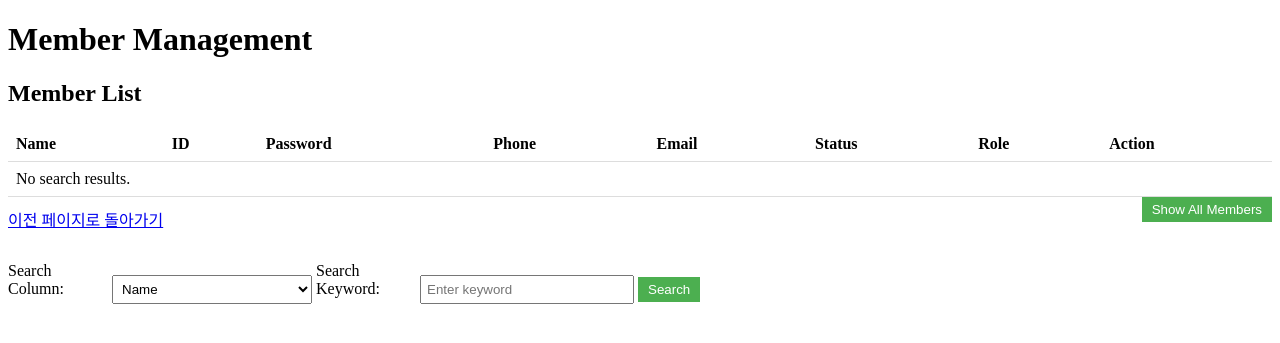
Repository: i-kemen/jsp
Page: http://localhost/WebTest/MemberManagementOKServlet
The author's editor kept a copy of each file at every save. The page is drawn from the files as they stood at one save, then again after the next save.
The browser window is 1280 px wide. The pictures show the whole page.
The page is served by Tomcat 10. Other server files are loaded and not shown.

Above is the page before, as saved 2023-06-27 04:11:01.

### WebTest/src/main/webapp/memberManagement.jsp
<%@ page language="java" contentType="text/html; charset=UTF-8" pageEncoding="UTF-8" %>
<%@ page import="java.util.List" %>
<%@ page import="com.member.MemberDTO" %>
<%@ page import="com.member.MemberDAO" %>
<!DOCTYPE html>
<html>
<head>
    <meta charset="UTF-8">
    <title>Member Management</title>
    <style>
        table {
            width: 100%;
            border-collapse: collapse;
        }

        th, td {
            padding: 8px;
            text-align: left;
            border-bottom: 1px solid #ddd;
        }

        tr:hover {
            background-color: #f5f5f5;
        }

        form {
            margin-bottom: 20px;
        }

        label {
            display: inline-block;
            width: 100px;
        }

        input[type="text"],
        input[type="password"],
        input[type="email"],
        select {
            margin-bottom: 10px;
            padding: 5px;
            width: 200px;
        }

        input[type="submit"] {
            padding: 5px 10px;
            background-color: #4CAF50;
            color: white;
            border: none;
            cursor: pointer;
        }

        input[type="submit"]:hover {
            background-color: #45a049;
        }

        /* 버튼 컨테이너 */
        .button-container {
            display: flex;
            justify-content: space-between;
            align-items: center;
            margin-bottom: 20px;
        }

        /* 버튼 스타일 */
        .button-container button {
            padding: 5px 10px;
            background-color: #4CAF50;
            color: white;
            border: none;
            cursor: pointer;
        }

        .button-container button:hover {
            background-color: #45a049;
        }
    </style>
</head>
<body>
    <h1>Member Management</h1>

    <h2>Member List</h2>

    <table>
        <tr>
            <th>Name</th>
            <th>ID</th>
            <th>Password</th>
            <th>Phone</th>
            <th>Email</th>
            <th>Status</th>
            <th>Role</th>
            <th>Action</th>
        </tr>
        <% List<MemberDTO> memberList = (List<MemberDTO>) request.getAttribute("memberList");
           if (memberList != null && !memberList.isEmpty()) {
               for (MemberDTO member : memberList) { %>
                   <tr>
                       <td><%= member.getName() %></td>
                       <td><%= member.getId() %></td>
                       <td><%= member.getPassword() %></td>
                       <td><%= maskPhoneNumber(member.getPhone()) %></td>
                       <td><%= member.getEmail() %></td>
                       <td><%= member.getMemberStatus() %></td>
                       <td><%= member.getMemberRole() %></td>
                       <td>
                           <form method="post" action="adminModify.jsp">
                               <input type="hidden" name="memberId" value="<%= member.getId() %>">
                               <button type="submit">Edit</button>
                           </form>
                       </td>
                   </tr>
               <% }
           } else { %>
               <tr>
                   <td colspan="8">No search results.</td>
               </tr>
           <% } %>
    </table>

    <!-- 버튼 컨테이너 -->
    <div class="button-container">
        <!-- 이전 페이지로 돌아가는 버튼 -->
        <a href="javascript:history.back()" class="back-button">이전 페이지로 돌아가기</a>

        <!-- Show All Members 버튼 -->
        <form method="post" action="MemberManagementOKServlet">
            <input type="hidden" name="action" value="allMembers">
            <button type="submit">Show All Members</button>
        </form>
    </div>

    <form method="post" action="MemberManagementOKServlet">
        <input type="hidden" name="action" value="search">
        <label for="searchColumn">Search Column:</label>
        <select name="searchColumn" id="searchColumn">
            <option value="name">Name</option>
            <option value="id">ID</option>
            <option value="password">Password</option>
            <option value="phone">Phone</option>
            <option value="email">Email</option>
            <option value="memberStatus">Status</option>
            <option value="memberRole">Role</option>
        </select>
        <label for="searchKeyword">Search Keyword:</label>
        <input type="text" name="searchKeyword" placeholder="Enter keyword">
        <input type="submit" value="Search">
    </form>

    <%!
        // 마스킹된 연락처를 반환하는 함수
        public String maskPhoneNumber(String phoneNumber) {
            if (phoneNumber != null && phoneNumber.startsWith("010-")) {
                return "010-XXXX-XXXX";
            }
            return phoneNumber;
        }
    %>
</body>
</html>

### WebTest/src/main/java/MemberManagementOKServlet.java
import java.io.IOException;
import java.util.List;
import com.member.MemberDAO;
import com.member.MemberDTO;
import jakarta.servlet.ServletException;
import jakarta.servlet.annotation.WebServlet;
import jakarta.servlet.http.HttpServlet;
import jakarta.servlet.http.HttpServletRequest;
import jakarta.servlet.http.HttpServletResponse;

@WebServlet("/MemberManagementOKServlet")
public class MemberManagementOKServlet extends HttpServlet {
    private static final long serialVersionUID = 1L;
    private MemberDAO memberDAO;

    public void init() {
        memberDAO = new MemberDAO();
    }

    protected void doGet(HttpServletRequest request, HttpServletResponse response)
            throws ServletException, IOException {
        doPost(request, response);
    }

    protected void doPost(HttpServletRequest request, HttpServletResponse response)
            throws ServletException, IOException {
        String action = request.getParameter("action");

        if (action != null && action.equals("search")) {
            String searchKeyword = request.getParameter("searchKeyword");
            String searchColumn = request.getParameter("searchColumn");
            List<MemberDTO> memberList;
            if (searchKeyword != null && !searchKeyword.isEmpty()) {
                memberList = memberDAO.searchMembers(searchColumn, searchKeyword);
            } else {
                memberList = null;
            }
            request.setAttribute("memberList", memberList);
        } else if (action != null && action.equals("allMembers")) {
            List<MemberDTO> memberList = memberDAO.getAllMembers();
            request.setAttribute("memberList", memberList);
        }

        request.getRequestDispatcher("memberManagement.jsp").forward(request, response);
    }
}

After the next save:
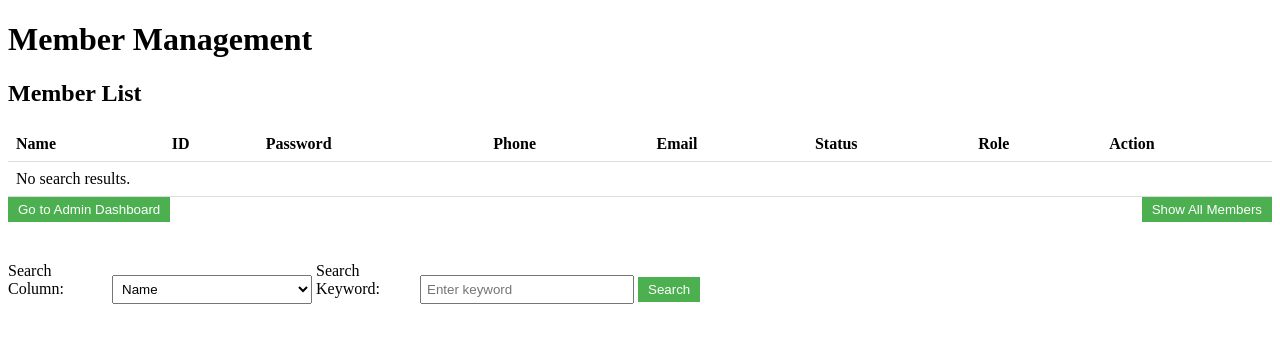
Saved 97 s later.
--- a/WebTest/src/main/webapp/memberManagement.jsp
+++ b/WebTest/src/main/webapp/memberManagement.jsp
@@ -119,8 +119,10 @@
 
     <!-- 버튼 컨테이너 -->
     <div class="button-container">
-        <!-- 이전 페이지로 돌아가는 버튼 -->
-        <a href="javascript:history.back()" class="back-button">이전 페이지로 돌아가기</a>
+        <!-- adminDashboard.jsp로 이동하는 버튼 -->
+        <form method="post" action="adminDashboard.jsp">
+            <button type="submit">Go to Admin Dashboard</button>
+        </form>
 
         <!-- Show All Members 버튼 -->
         <form method="post" action="MemberManagementOKServlet">
